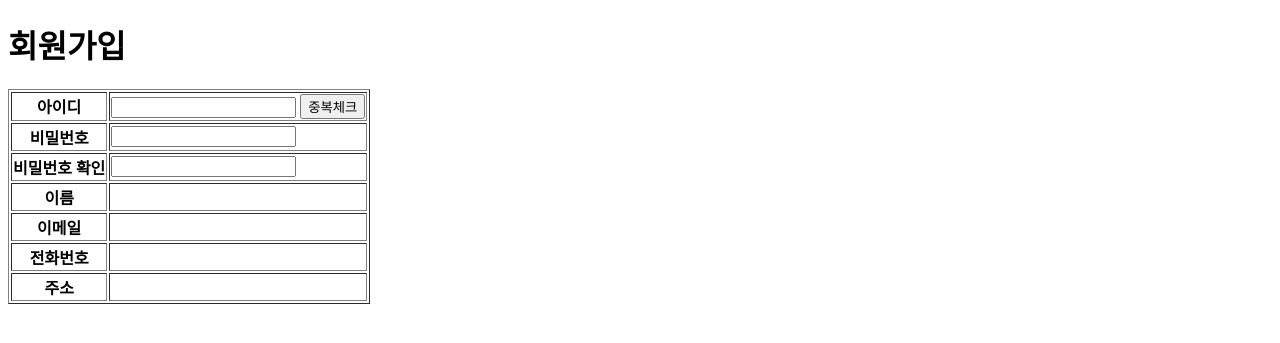
Repository: dhdhdht/Semi-login
Page: http://localhost/Semi_login/regist.jsp
An editor plug-in stored every save of this project. The page is shown before and after the next save, followed by the edit.
The browser window is 1280 px wide. The pictures show the whole page.
The page is served by Tomcat 9.

Above is the page before, as saved 2021-03-27 07:44:29.

After the next save:
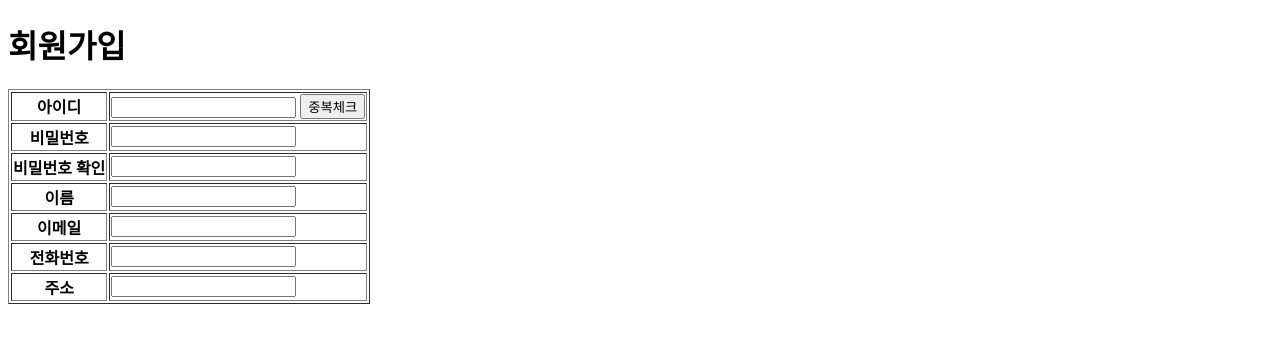
Saved 98 s later.
--- a/Semi_login/WebContent/regist.jsp
+++ b/Semi_login/WebContent/regist.jsp
@@ -35,19 +35,27 @@
 			</tr>
 			<tr>
 				<th>이름</th>
-				<td></td>
+				<td>
+					<input type="text" name="member_name" required="required" onclick="idChkProc();" />
+				</td>
 			</tr>
 			<tr>
 				<th>이메일</th>
-				<td></td>
+				<td>
+					<input type="text" name="member_email" required="required" onclick="idChkProc();" />
+				</td>
 			</tr>
 			<tr>
 				<th>전화번호</th>
-				<td></td>
+				<td>
+					<input type="text" name="member_phone" required="required" onclick="idChkProc();" />
+				</td>
 			</tr>
 			<tr>
 				<th>주소</th>
-				<td></td>
+				<td>
+					<input type="text" />
+				</td>
 			</tr>
 		</table>
 	</form>
